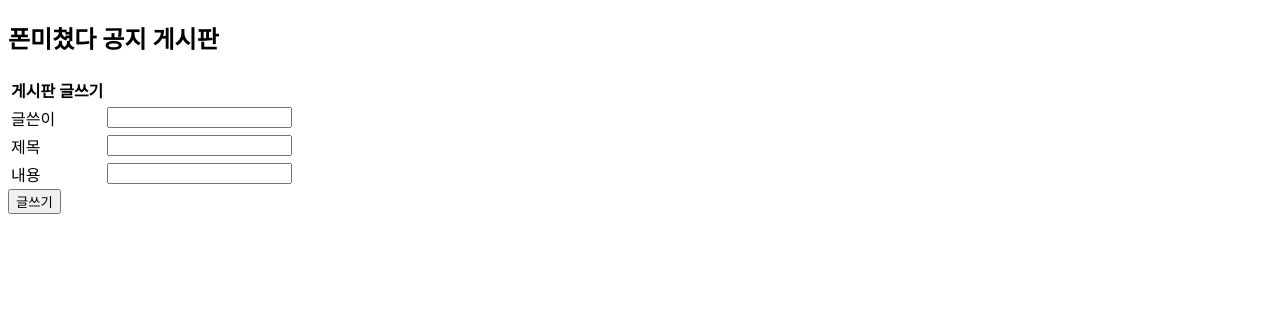
Repository: juukim93/-4-
Page: http://localhost/Project4/board/AnnouncementWrite.jsp
The author's editor kept a copy of each file at every save. The page is drawn from the files as they stood at one save, then again after the next save.
The browser window is 1280 px wide. The pictures show the whole page.
The page is served by Tomcat 9.

Above is the page before, as saved 2023-11-01 05:35:12.

After the next save:
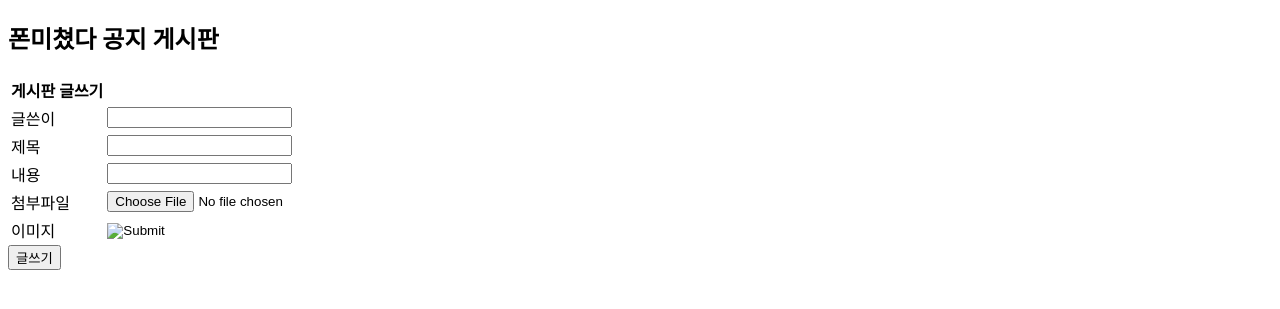
Saved 81 s later.
--- a/Project4/src/main/webapp/board/AnnouncementWrite.jsp
+++ b/Project4/src/main/webapp/board/AnnouncementWrite.jsp
@@ -28,6 +28,14 @@
 						<td>내용</td>
 						<td><input type="text" name="content"></td>
 					</tr>
+					<tr>
+						<td>첨부파일</td>
+						<td><input type="file" name="file"></td>
+					</tr>
+					<tr>
+						<td>이미지</td>
+						<td><input type="image" name="image"></td>
+					</tr>
 				</table>
 				<div id="table_search">
 					<input type="submit" value="글쓰기" class="btn">
